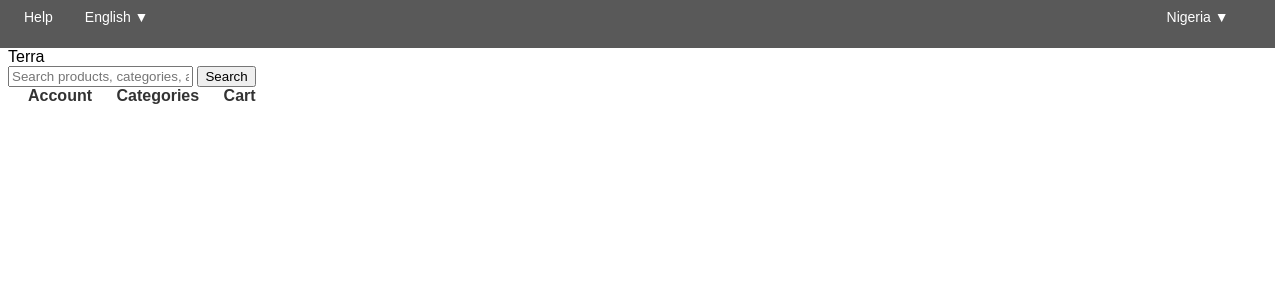
Repository: Femi007-gh/e-commerce
Page: index.html
An editor plug-in stored every save of this project. The page is shown before and after the next save, followed by the edit.
The browser window is 1280 px wide. The pictures show the whole page.

Above is the page before, as saved 2025-04-28 18:02:06.

### index.html
<html>
    <head>
      <title>Shopping Cart Page</title>
      <link rel="stylesheet" href="style.css">
    </head>
  <body>
    <header>
    <div class="div1">
<div class="top-bar">
  <div class="left">
    <div class="dropdown">
      <button class="dropbtn">Help</button>
    </div>
    <div class="dropdown">
      <button class="dropbtn">English ▼</button>
      <div class="dropdown-content">
        <a href="#">English</a>
        <a href="#">Japanese</a>
        <a href="#">Korean</a>
      </div>
    </div>
  </div>
  <div class="right">
    <div class="dropdown">
      <button class="dropbtn">Nigeria ▼</button>
      <div class="dropdown-content">
        <a href="#">Nigeria</a>
        <a href="#">USA</a>
        <a href="#">China</a>
        </div>
      </div>
     </div>
   </div>
  </div>

  <nav class="nav-bar">
    <div class="logo">Terra</div>
    <div class="search-bar">
      <input type="text" placeholder="Search products, categories, and brands">
      <button>Search</button>
    </div>
    <div class="nav-icons">
      <a href="#">Account</a>
      <a href="#">Categories</a>
      <a href="#">Cart</a>
    </div>
  </nav>

  </body>
</html>

### style.css
body{
  font-family: Arial;
}
.div1{
  background-color: #595959;
  width: 101%;
  height: 50px;
  margin-left: -10px;
  margin-top: -10px;
}
.top-bar {
  background-color:  #595959;
  color: white;
  padding: 10px 20px;
  display: flex;
  justify-content: space-between;
  font-size: 14px;
}

.top-bar .left, .top-bar .right {
  display: flex;
  align-items: center;
}

.dropdown {
  position: relative;
  margin-right: 20px;
}

.dropbtn {
  background: none;
  border: none;
  color: white;
  cursor: pointer;
  font-size: 14px;
}

.dropdown-content {
  display: none;
  position: absolute;
  background-color: white;
  color:  #595959;
  min-width: 100px;
  border-radius: 5px;
  box-shadow: 0px 8px 16px rgba(0,0,0,0.2);
  z-index: 1;
}

.dropdown-content a {
  padding: 8px 12px;
  display: block;
  text-decoration: none;
  color: black;
}

.dropdown-content a:hover {
  background-color: #f1f1f1;
}

.dropdown:hover .dropdown-content {
  display: block;
}

.nav-icons a {
  margin-left: 20px;
  text-decoration: none;
  color: #333;
  font-weight: 600;
}

After the next save:
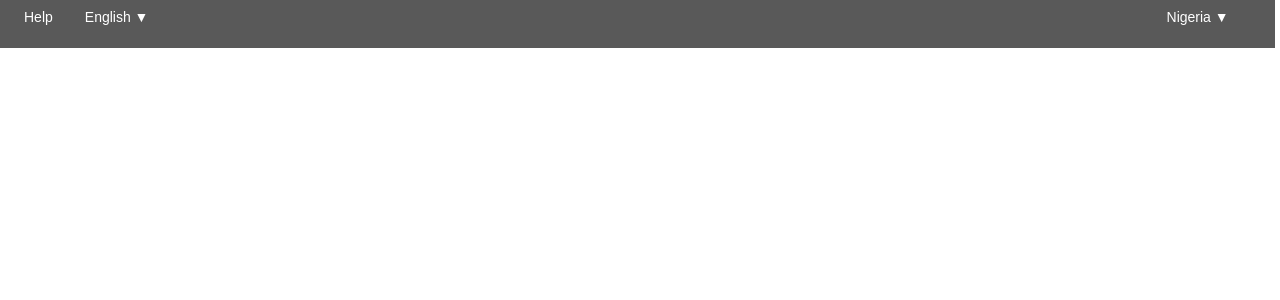
Saved 12 min 15 s later.
--- a/index.html
+++ b/index.html
@@ -33,18 +33,6 @@
    </div>
   </div>
 
-  <nav class="nav-bar">
-    <div class="logo">Terra</div>
-    <div class="search-bar">
-      <input type="text" placeholder="Search products, categories, and brands">
-      <button>Search</button>
-    </div>
-    <div class="nav-icons">
-      <a href="#">Account</a>
-      <a href="#">Categories</a>
-      <a href="#">Cart</a>
-    </div>
-  </nav>
 
   </body>
 </html>
